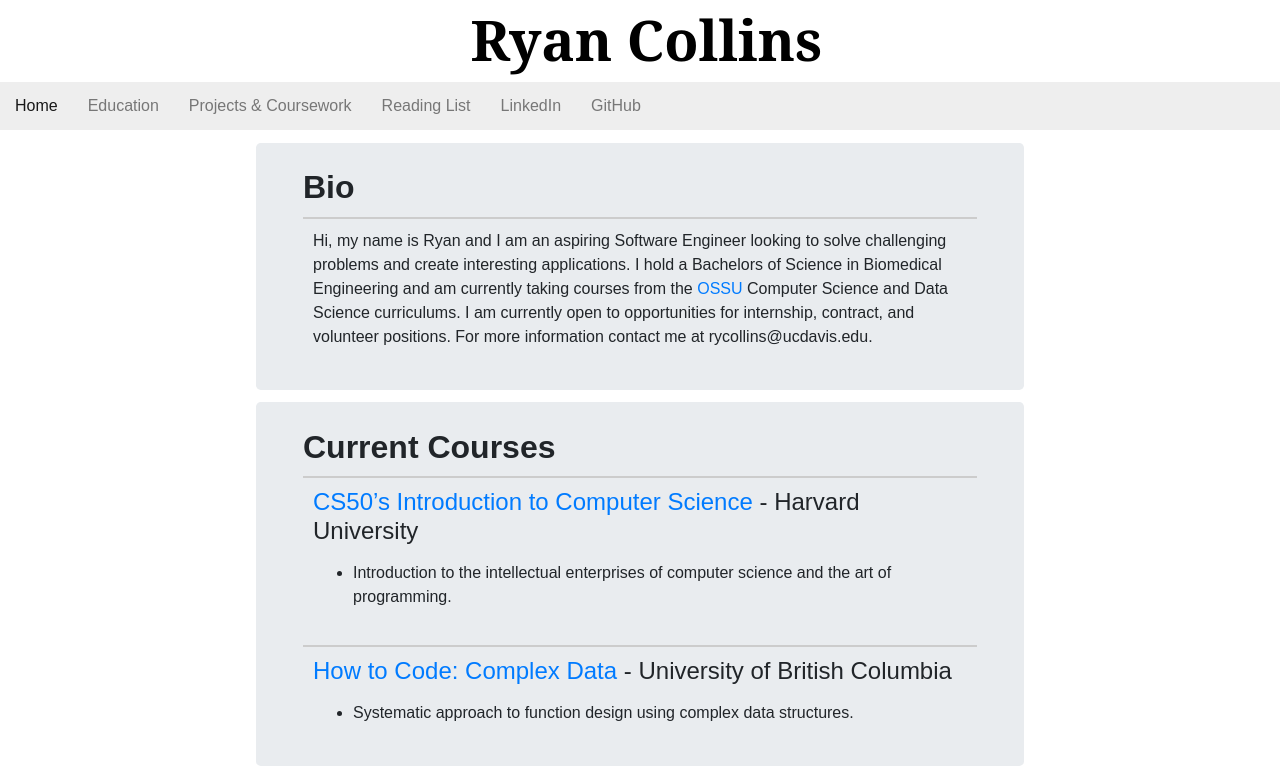
Repository: RyanMCollins/cs50
Page: pset5/homepage/home.html
The author's editor kept a record of every edit. The page is drawn from the files as they stood at one moment, then again after the next edit.
The browser window is 1280 px wide. The pictures show the whole page.

Above is the page before.

### pset5/homepage/home.html
<!DOCTYPE html>

<html lang="en">
    <head>
        <meta name="viewport" content="width=device-width, initial-scale=1, shrink-to-fit=no">
        <script src="https://code.jquery.com/jquery-3.3.1.slim.min.js" integrity="sha384-q8i/X+965DzO0rT7abK41JStQIAqVgRVzpbzo5smXKp4YfRvH+8abtTE1Pi6jizo" crossorigin="anonymous"></script>
        <script src="https://cdnjs.cloudflare.com/ajax/libs/popper.js/1.14.3/umd/popper.min.js" integrity="sha384-ZMP7rVo3mIykV+2+9J3UJ46jBk0WLaUAdn689aCwoqbBJiSnjAK/l8WvCWPIPm49" crossorigin="anonymous"></script>
        <script src="https://stackpath.bootstrapcdn.com/bootstrap/4.1.3/js/bootstrap.min.js" integrity="sha384-ChfqqxuZUCnJSK3+MXmPNIyE6ZbWh2IMqE241rYiqJxyMiZ6OW/JmZQ5stwEULTy" crossorigin="anonymous"></script>
        <link href="https://stackpath.bootstrapcdn.com/bootstrap/4.1.3/css/bootstrap.min.css" rel="stylesheet">
        <link href="styles.css" rel="stylesheet">
        <title>Homepage</title>
    </head>
    <body>
        <h1 id="site-title">
            <a href="/index">
                Ryan Collins
            </a>
        </h1>
        <nav class="navbar navbar-expand-lg navbar-light">
            <button class="navbar-toggler" type="button" data-toggle="collapse" data-target="#navbarSupportedContent"
            aria-controls="navbarSupportedContent" aria-expanded="false" aria-label="Toggle navigation">
                <span class="navbar-toggler-icon"></span>
            </button>

            <div class="collapse navbar-collapse" id="navbarSupportedContent">
                <div class="flex-even"></div>
                <div class="flex-even d-flex justify-content-center">
                    <ul class="navbar-nav" id="navbar-internal-links">
                      <li class="nav-item active">
                        <a class="nav-link" href="/home">Home<span class="sr-only">(current)</span></a>
                      </li>
                      <li class="nav-item">
                        <a class="nav-link" href="/education">Education<span class="sr-only">(current)</span></a>
                      </li>
                      <li class="nav-item">
                        <a class="nav-link" href="/projects">Projects & Coursework<span class="sr-only">(current)</span></a>
                      </li>
                      <li class="nav-item">
                        <a class="nav-link" href="/readlist">Reading List<span class="sr-only">(current)</span></a>
                      </li>
                    </ul>
                </div>
                <div class="flex-even d-flex justify-content-end">
                    <ul class="navbar-nav" id="navbar-external-links">
                      <li class="nav-item">
                        <a class="nav-link" target="_blank" href="https://linkedin.com/in/ryancollins2020">LinkedIn<span class="sr-only">(current)</span></a>
                      </li>
                      <li class="nav-item">
                        <a class="nav-link" target="_blank" href="https://github.com/RyanMCollins">GitHub<span class="sr-only">(current)</span></a>
                      </li>
                    </ul>
                </div>
            </div>
        </nav>
        <div class="jumbotron">
            <div class="container">
                <h2  class="main-header">
                    Bio
                </h2>
                <div class="sub-division">
                    <p>
                        Hi, my name is Ryan and I am an aspiring Software Engineer looking to solve challenging problems and create interesting
                        applications. I hold a Bachelors of Science in Biomedical Engineering and am currently taking courses from the
                        <a href="https://github.com/ossu">OSSU</a> Computer Science and Data Science curriculums. I am currently open to
                        opportunities for internship, contract, and volunteer positions. For more information contact me at
                        rycollins@ucdavis.edu.
                    </p>
                </div>
            </div>
        </div>
        <div class="jumbotron">
            <div class="container">
                <h2  class="main-header">
                    Current Courses
                </h2>
                <div class="sub-division">
                    <div class="sub-division-header">
                        <h4 class="sub-division-title">
                            <a href="https://www.edx.org/course/cs50s-introduction-computer-science-harvardx-cs50x">
                                CS50’s Introduction to Computer Science
                            </a>
                            - Harvard University
                        </h4>
                    </div>
                    <ul>
                        <li>
                            Introduction to the intellectual enterprises of computer science and the art of programming.
                        </li>
                    </ul>
                </div>
                <div class="sub-division">
                    <div class="sub-division-header">
                        <h4 class="sub-division-title">
                            <a href="https://www.edx.org/course/how-code-complex-data-ubcx-htc2x">How to Code: Complex Data</a>
                            - University of British Columbia
                        </h4>
                    </div>
                    <ul>
                        <li>
                            Systematic approach to function design using complex data structures.
                        </li>
                    </ul>
                </div>
            </div>
        </div>
        <!--<div class="jumbotron">-->
        <!--    <div class="container">-->
        <!--        <h2  class="main-header">-->
        <!--            Interesting Stuff-->
        <!--        </h2>-->
                <!-- TODO -->
        <!--        <p>-->
        <!--            Link the interesting stuff here.-->
        <!--        </p>-->
        <!--    </div>-->
        <!--</div>-->
    </body>
</html>

### pset5/homepage/styles.css
body {
    font-size: 14;
    font-family: "Arial";
    min-height: 100vh;
}

#site-title {
    text-align: center;
    font-size: 350%;
    font-family: "Georgia";
    font-weight: bold;
    color: #000000;
    padding-left: 1%;
    padding-bottom: .7%;
    padding-top: .45%;
    margin: 0;
}

@media  screen and (max-width: 368px) {
    #site-title {
        font-size: 200%;
    }
}

#site-title a {
    color: inherit;
    text-decoration: none;
}

.navbar {
    padding: 0;
    /*padding: 0 1%;*/
    background-color: #eee;
}

.flex-break.flex-small {
    flex: 1;
}

.flex-break.flex-large {
    flex: 2;
}

@media  screen and (max-width: 990px) {
    .flex-break.flex-large, .flex-break.flex-small {
        justify-content: flex-start!important;
    }
}

.nav-item {
    padding: 0 5px;
    margin: 4px 2px;
}

.jumbotron {
    margin: 1% 20%;
    padding-top: 2%;
    padding-bottom: 5px;
}

.main-header {
    font-size: 200%;
    font-weight: bold;
}

.sub-division {
    border-top: solid #cccccc 2px;
    margin-top: 10px;
    margin-bottom: 10px;
    padding: 10px;
}

.sub-division-header {
    display: flex;
    padding-bottom: 15px;
}

.sub-division-title {
    font-size: 24px;
    float: left;
    margin-bottom: 0px;
    margin-top: auto;
}

.sub-division-appendice {
    font-size: 18px;
    margin-bottom: 0px;
    margin-top: auto;
}

.sub-division-appendice.date {
    margin-right: 0px;
    margin-left: auto;
}

.sub-division-author {
    font-size: 20px;
    padding-bottom: 10px;
}

After the next edit:
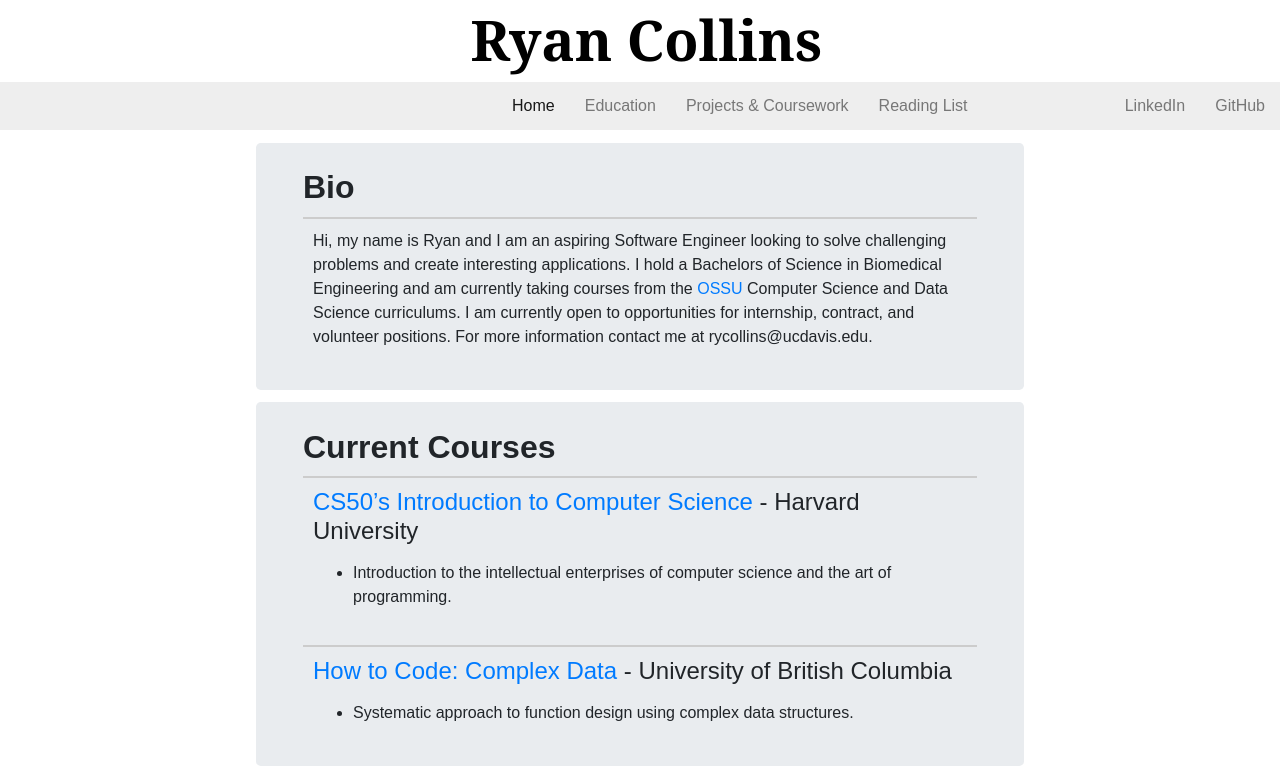
The edit:
--- a/pset5/homepage/home.html
+++ b/pset5/homepage/home.html
@@ -23,8 +23,8 @@
             </button>
 
             <div class="collapse navbar-collapse" id="navbarSupportedContent">
-                <div class="flex-even"></div>
-                <div class="flex-even d-flex justify-content-center">
+                <div class="flex-break flex-small"></div>
+                <div class="flex-break flex-large d-flex justify-content-center">
                     <ul class="navbar-nav" id="navbar-internal-links">
                       <li class="nav-item active">
                         <a class="nav-link" href="/home">Home<span class="sr-only">(current)</span></a>
